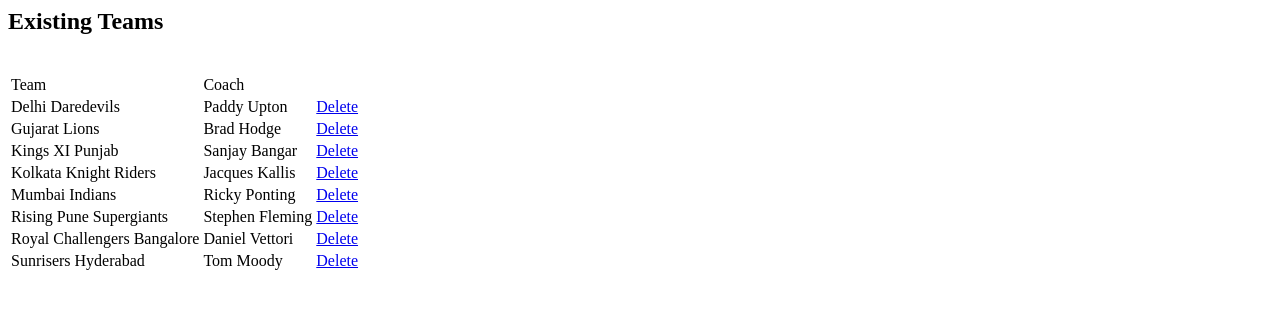
Repository: umng/Learn-to-Program
Page: http://localhost/Remove_team/
These files come from the project's save history. The page is drawn as it stood at one moment and after the next save; the edit follows.
The browser window is 1280 px wide. The pictures show the whole page.
The page is served by Tomcat 9. The database holds what the project's SQL file puts in it.

Above is the page before, as saved 2017-03-01 08:02:04.

After the next save:
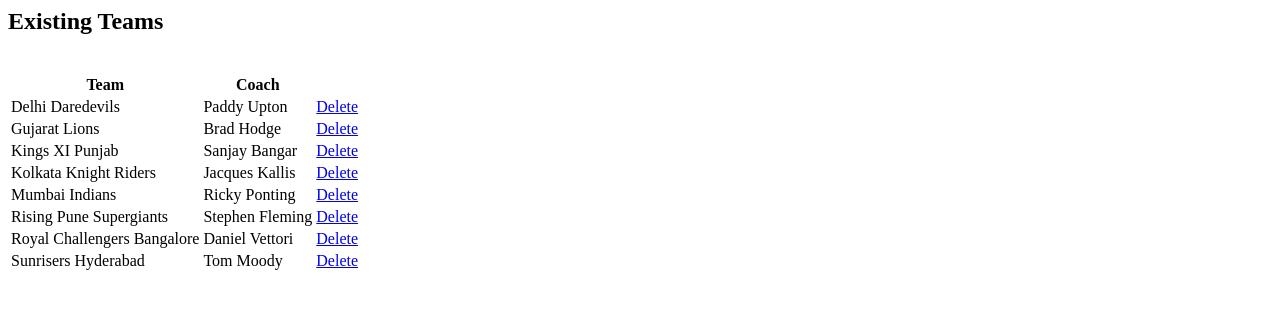
Saved 27 s later.
--- a/Java/CTS_SFDC/workspace/Remove team/WebContent/index.jsp
+++ b/Java/CTS_SFDC/workspace/Remove team/WebContent/index.jsp
@@ -13,9 +13,9 @@
 		<br>
 		<table id="teams">
 			<thead>
-				<td>Team</td>
-				<td>Coach</td>
-				<td></td>
+				<th>Team</th>
+				<th>Coach</th>
+				<th></th>
 			</thead>
 			<%
 				for(Team t: teams) {
